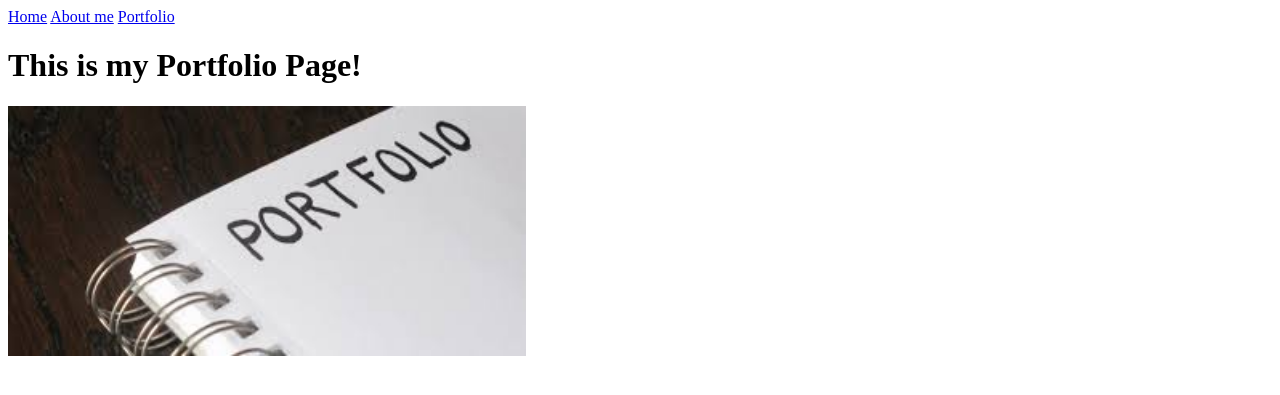
Repository: Tastymemes2017/Tastymemes2017.github.io
Page: my_website/Home.html
The author's editor kept a record of every edit. The page is drawn from the files as they stood at one moment, then again after the next edit.
The browser window is 1280 px wide. The pictures show the whole page.

Above is the page before.

After the next edit:
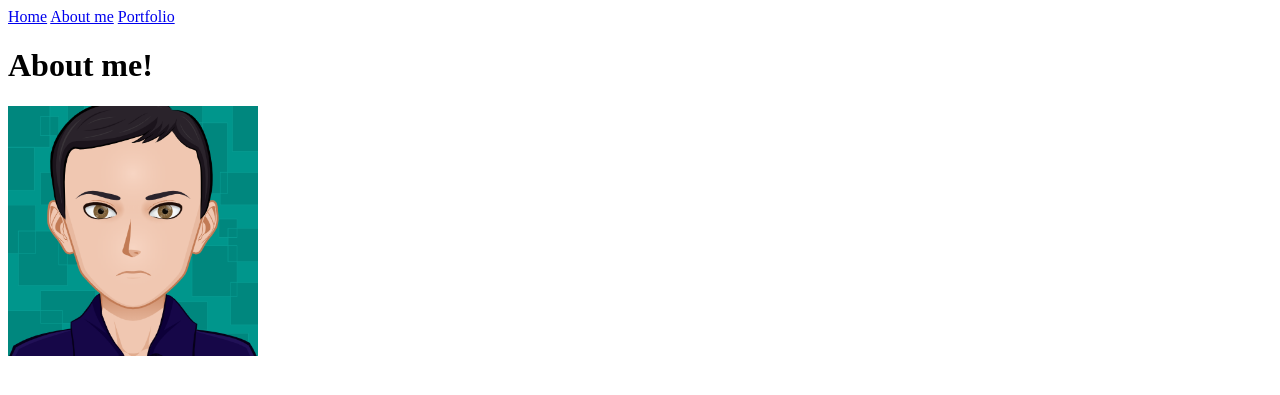
The edit:
--- a/my_website/Home.html
+++ b/my_website/Home.html
@@ -8,8 +8,8 @@
     <a href="index.html">Home</a>
     <a href="Home.html">About me</a>
     <a href="portfolio.html">Portfolio</a>
-    <h1>This is my Portfolio Page!</h1>
-    <img src="images/portfolio.jpg" height="250">
+    <h1>About me!</h1>
+    <img src="images/myAvatar.png" height="250">
     <br>
 	  </body>
 	</html>
